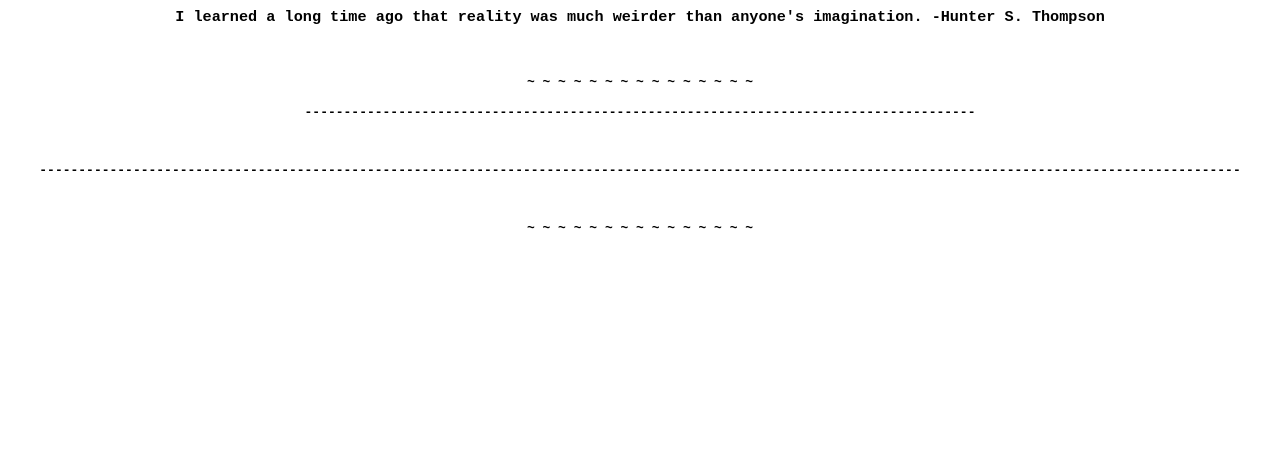
Repository: penas326/penas326.github.io
Page: composition/index.html
The author's editor kept a record of every edit. The page is drawn from the files as they stood at one moment, then again after the next edit.
The browser window is 1280 px wide. The pictures show the whole page.

Above is the page before.

After the next edit:
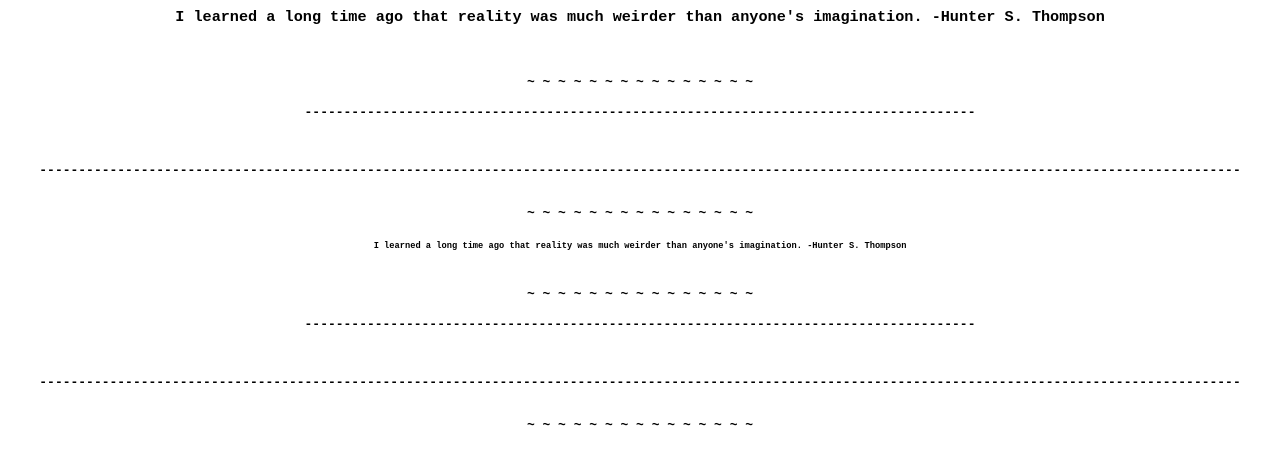
The edit:
--- a/composition/index.html
+++ b/composition/index.html
@@ -14,9 +14,21 @@
         <br>
         <h3 align="center"></h3><code>----------------------------------------------------------------------------------------------------------------------------------------------------------</p>
         <br>
+        <strong>~ ~ ~ ~ ~ ~ ~ ~ ~ ~ ~ ~ ~ ~ ~</strong>
+        </center>
+         </head>
+        <strong><h6 align="center"><code>I learned a long time ago that reality was much weirder than anyone's imagination. -Hunter S. Thompson</h6>
+               <center>
+        <br>
+        <strong>~ ~ ~ ~ ~ ~ ~ ~ ~ ~ ~ ~ ~ ~ ~</strong>
+        <br>
+        <h3 align="center"></h3><code>--------------------------------------------------------------------------------------</p>
+        <br>
+        <h3 align="center"></h3><code>----------------------------------------------------------------------------------------------------------------------------------------------------------</p>
         <br>
         <strong>~ ~ ~ ~ ~ ~ ~ ~ ~ ~ ~ ~ ~ ~ ~</strong>
         </center>
+         </head>
     </body>
 
 </html>
